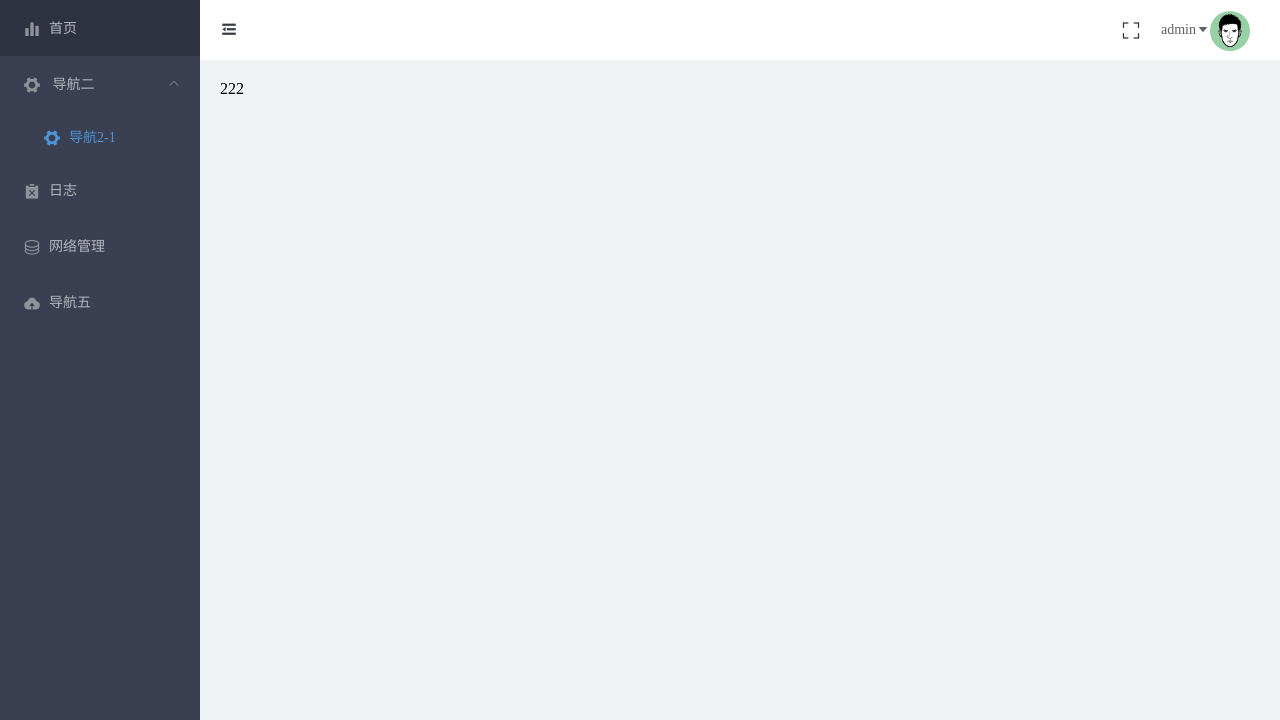
Repository: TomGodb/dazoo-admin
Page: /#/dashbord/aaa
An editor plug-in stored every save of this project. The page is shown before and after the next save, followed by the edit.
The browser window is 1280 px wide. The pictures show the whole page.
The project was rebuilt for these pictures with package versions that can differ from the ones it lists, and the page was loaded fresh each time. Also part of the build but not shown: vue.config.js, src/components/SlideVerify/index.vue, src/utils/request.js, src/views/login/http.js, src/views/login/index.vue.

Above is the page before, as saved 2021-01-23 10:29:16.

### public/index.html
<!DOCTYPE html>
<html lang="">
  <head>
    <meta charset="utf-8">
    <meta http-equiv="X-UA-Compatible" content="IE=edge">
    <meta name="viewport" content="width=device-width,initial-scale=1.0">
    <link rel="icon" href="<%= BASE_URL %>favicon.ico">
    <title>运维管理后台</title>
  </head>
  <body>
    <noscript>
      <strong>We're sorry but <%= htmlWebpackPlugin.options.title %> doesn't work properly without JavaScript enabled. Please enable it to continue.</strong>
    </noscript>
    <div id="app"></div>
    <!-- built files will be auto injected -->
  </body>
</html>

### src/main.js
import Vue from "vue";
import App from "./App.vue";
import router from "./router";
import store from "./store";
import ElementUI from 'element-ui';
import 'element-ui/lib/theme-chalk/index.css';
Vue.config.productionTip = false;
Vue.use(ElementUI);
new Vue({
  router,
  store,
  render: h => h(App)
}).$mount("#app");

### src/App.vue
<template>
  <div id="app">
    <!-- <div id="nav">
      <router-link to="/">Home</router-link> |
      <router-link to="/about">About</router-link>
    </div> -->
    <router-view />
  </div>
</template>

<style lang="less">
* {
  padding: 0;
  margin: 0;
}
body,
html {
  height: 100%;
}
#app {
  font-family: "\5FAE\8F6F\96C5\9ED1";
  height: 100%;
}

// #nav {
//   padding: 30px;
//   a {
//     font-weight: bold;
//     color: #2c3e50;
//     &.router-link-exact-active {
//       color: #42b983;
//     }
//   }
// }
</style>

### src/router/index.js
import Vue from "vue";
import VueRouter from "vue-router";

import login from "@v/login/index.vue";
import Home from "@/Home/index.vue";
Vue.use(VueRouter);
import module from './modole'

export const currencyRoutes = [{
    path: "/",
    name: "login",
    component: login,
  },
  {
    path: "/Home",
    name: "Home",
    component: Home,
    redirect: "/dashbord",
    children: module,

  },
];
const router = new VueRouter({
  mode: "hash",
  base: process.env.BASE_URL,
  routes: currencyRoutes
});

export default router;

### src/store/index.js
import Vue from "vue";
import Vuex from "vuex";
import getters from "./getters"

Vue.use(Vuex);
export default new Vuex.Store({
  state: {
    opened: false
  },
  mutations: {
    SET_OPENED(state) {
      state.opened = !state.opened;
    },
  },
  actions: {},
  modules: {},
  getters
});

### src/Home/index.vue
<template>
  <div class="home-container">
    <el-container>
      <el-aside :width="opened ? '64px' : '200px'">
        <el-menu
          :default-active="activeMenu"
          class="el-menu-vertical-demo"
          background-color="#3a3f51"
          text-color="#b5b6bd"
          active-text-color="rgb(79, 148, 212)"
          mode="vertical"
          :collapse-transition="false"
          router
          :collapse="opened"
        >
          <NavMenu :navMenus="menuData"></NavMenu>
        </el-menu>
      </el-aside>
      <el-container>
        <el-header>
          <m-header></m-header>
          <!-- <h1>{{ opened }}</h1> -->
        </el-header>
        <el-main>
          <transition name="fade-page" mode="out-in">
            <router-view></router-view>
          </transition>
        </el-main>
      </el-container>
    </el-container>
  </div>
</template>

<script>
import NavMenu from "./NavMenu";
import { mapGetters } from "vuex";
import MHeader from "./Header";
import { menuData } from "./NavMenu/meunDataRouter";
export default {
  components: {
    NavMenu,
    MHeader,
  },
  data() {
    return {
      menuData,
    };
  },
  computed: {
    activeMenu() {
      return this.$route.path;
    },
    ...mapGetters(["opened"]),
  },
};
</script>

<style lang="less" scoped>
.el-header,
.el-footer {
  // background-color: #b3c0d1;
  color: #333;
  // text-align: center;
  // line-height: 60px;
}
.home-container {
  height: 100%;
  .el-aside {
    transition: width 0.3s;
    overflow: hidden;
    background-color: rgb(58, 63, 81);
  }
  .el-menu {
    border-right: 0px !important;
  }
  .fade-page-enter-active,
  .fade-page-leave-active {
    transition: all 0.5s;
  }
  .fade-page-enter {
    opacity: 0;
    transform: translateX(-30px);
  }
  .fade-page-leave-to {
    opacity: 0;
    transform: translateX(-30px);
  }
}
.el-container {
  // height:calc(100% - 60px);
  height: 100%;
}
.el-main {
  background-color: #f0f3f4;
}
</style>

### src/router/modole/index.js
import aaa from './aaa'
let routesArray = []

let toArray = (pages) => {
  Object.keys(pages).forEach((key) => {
    let obj = pages[key]
    Object.keys(obj).forEach((key) => {
      routesArray.push(obj[key])
    })
  })
}
toArray([aaa])

export default routesArray

### src/store/getters.js

const getters ={
    opened(state){
        return state.opened
    }
}
export default getters;

### src/Home/NavMenu/index.vue
<template>
  <div class="navMenu">
    <!-- <div class="header_l" :style="{ width: opened ? '64px' : '200px' }">
      <img v-if="opened" src="@a/ImgSrc/Home-logo/dazoo-logo.png" alt="logo" />
      <img v-else src="@a/ImgSrc/Home-logo/logo.jpg" alt="logo" />
    </div> -->
    <template v-for="navMenu in navMenus">
      <!-- 最后一级菜单 -->
      <el-menu-item
        v-if="!navMenu.children && navMenu"
        :key="navMenu.id"
        :data="navMenu"
        :index="navMenu.path"
      >
        <i :class="navMenu.meta.icon"></i>
        <span slot="title">{{ navMenu.meta.title }}</span>
      </el-menu-item>
      <!-- 此菜单下还有子菜单 -->
      <el-submenu
        v-if="navMenu.children && navMenu"
        :key="navMenu.id"
        :data="navMenu"
        :index="navMenu.path"
      >
        <template slot="title">
          <i :class="navMenu.meta.icon"></i>
          <span> {{ navMenu.meta.title }}</span>
        </template>
        <!-- 递归 -->
        <NavMenu :navMenus="navMenu.children"></NavMenu>
      </el-submenu>
    </template>
  </div>
</template>

<script>
import { mapGetters } from "vuex";
export default {
  computed: {
    ...mapGetters(["opened"]),
  },
  name: "NavMenu",
  props: ["navMenus"],
  data() {
    return {};
  },
  methods: {},
};
</script>
<style lang="less" scoped>
.header_l {
  border-bottom: 1px solid #454b61;
  width: 200px;
  height: 60px;
  line-height: 60px;
  text-align: center;
  color: white;
  font-size: 15px;
  font-weight: 700;
  img {
    height: 28px;
    vertical-align: middle;
    // margin-right: 8px;
    position: relative;
    top: -3px;
  }
}
</style>

### src/Home/Header/index.vue
<template>
  <div class="sideCollapse">
    <div class="sideCollapse-left" id="domColapse">
      <i
        :class="{ 'el-icon-s-unfold': opened, 'el-icon-s-fold': !opened }"
        @click="toggleOpen()"
      ></i>
    </div>
    <div class="sideCollapse-right">
      <user-dropdown></user-dropdown>
    </div>
  </div>
</template>

<script>
import { mapGetters } from "vuex";
import UserDropdown from "./UserDropdown";
export default {
  components: {
    UserDropdown,
  },
  computed: {
    ...mapGetters(["opened"]),
    // toggleClass() {
    //   return {
    //     'el-icon-s-unfold': this.opened === 'true',
    //     'el-icon-s-fold': this.opened !== 'true'
    //   }
    // }
  },
  methods: {
    toggleOpen() {
      this.$store.commit("SET_OPENED");
    },
  },
};
</script>
<style lang="less" scoped>
.sideCollapse-left {
  float: left;

  font-size: 18px;
  color: #363f44;
  cursor: pointer;
}
.sideCollapse {
  background-color: white;
  line-height: 60px;
  height: 100%;
}
.sideCollapse-right {
  float: right;
}
</style>

### src/Home/NavMenu/meunDataRouter.js
const menuData = [{
        id: 1,
        meta: {
            title: "首页",
            icon: "el-icon-s-data"
        },
        path: "/dashbord",
    },
    {
        id: 2,
        meta: {
            title: "导航二",
            icon: "el-icon-s-tools"
        },
        path: "/dashbord/aaa",

        children: [{

            path: "/dashbord/aaa",
            meta: {
                title: "导航2-1",
                icon: "el-icon-s-tools"
            },
        }]
    },
    {
        id: 3,
        meta: {
            title: "日志",
            icon: "el-icon-s-release"
        },
        path: "/",
    },
    {
        id: 4,
        meta: {
            title: "网络管理",
            icon: "el-icon-coin"
        },
        path: "/",
    },
    {
        id: 5,
        meta: {
            title: "导航五",
            icon: "el-icon-upload"
        },
        path: "/",
    },
]

export {
    menuData
}

### src/router/modole/aaa.js
export default [{
        path: "/dashbord",
        name: "Dashbord",
        component: () => import("@v/dashbord"),
        meta: {
            title: "首页",
            icon: "el-icon-s-data"
        }
    },
    {
        path: "/dashbord/aaa",
        name: "aaa",
        component: () => import("@v/aaa"),
        meta: {
            title: "aaa",
            icon: "el-icon-s-data"
        }
    },
]

### src/Home/Header/UserDropdown.vue
<template>
  <div>
    <div class="hoverBag" @click="toggleFull">
      <i class="el-icon-full-screen iconFont"></i>
    </div>
    <el-dropdown class="userDd hoverBag" @command="handleCommand">
      <div class="userDrop">
        <span class="userDrop_text">
          admin<i class="el-icon-caret-bottom"></i
        ></span>
        <img src="@a/ImgSrc/header_images/user01.jpg" alt="user" />
      </div>
      <el-dropdown-menu solt="dropdown">
        <el-dropdown-item
          v-for="(item, index) in dropdownList"
          :key="index"
          :command="index"
        >
          <i :class="item.icon"></i>{{ item.title }}
        </el-dropdown-item>
        <!-- <el-dropdown-item>
          <i class=""></i>
        </el-dropdown-item>
        <el-dropdown-item divided>
          <i class=""></i>
        </el-dropdown-item> -->
      </el-dropdown-menu>
    </el-dropdown>
  </div>
</template>
<script>
import screenfull from "screenfull";
export default {
  data() {
    return {
      dropdownList: [
        {
          icon: "el-icon-s-home",
          title: "首页",
          path: "/Home",
        },
        {
          icon: "el-icon-s-custom",
          title: "个人信息",
          path: "/dashbord/aaa",
        },
        {
          icon: "el-icon-switch-button",
          title: "登出",
          path: "/",
        },
      ],
    };
  },
  methods: {
    handleCommand(index) {
      this.$router.push(this.dropdownList[index].path);
    },
    toggleFull() {
      screenfull.toggle();
    },
  },
};
</script>
<style lang="less" scoped>
.iconFont {
  font-size: 20px;
  vertical-align: middle;
}
.userDrop img {
  vertical-align: middle;
  display: inline-block;
  width: 40px;
  height: 40px;
  border-radius: 50%;
  vertical-align: middle;
}

.hoverBag {
  cursor: pointer;
  height: 100%;
  padding: 0px 10px;
  float: left;
}
.hoverBag:hover {
  background: #f0f3f4;
}
</style>

### src/views/aaa/index.vue
<template>
<div>
    222
</div>
</template>
<script>
export default {
    data(){
        return {

        }
    }
}
</script>
<style lang="less" scoped>

</style>

After the next save:
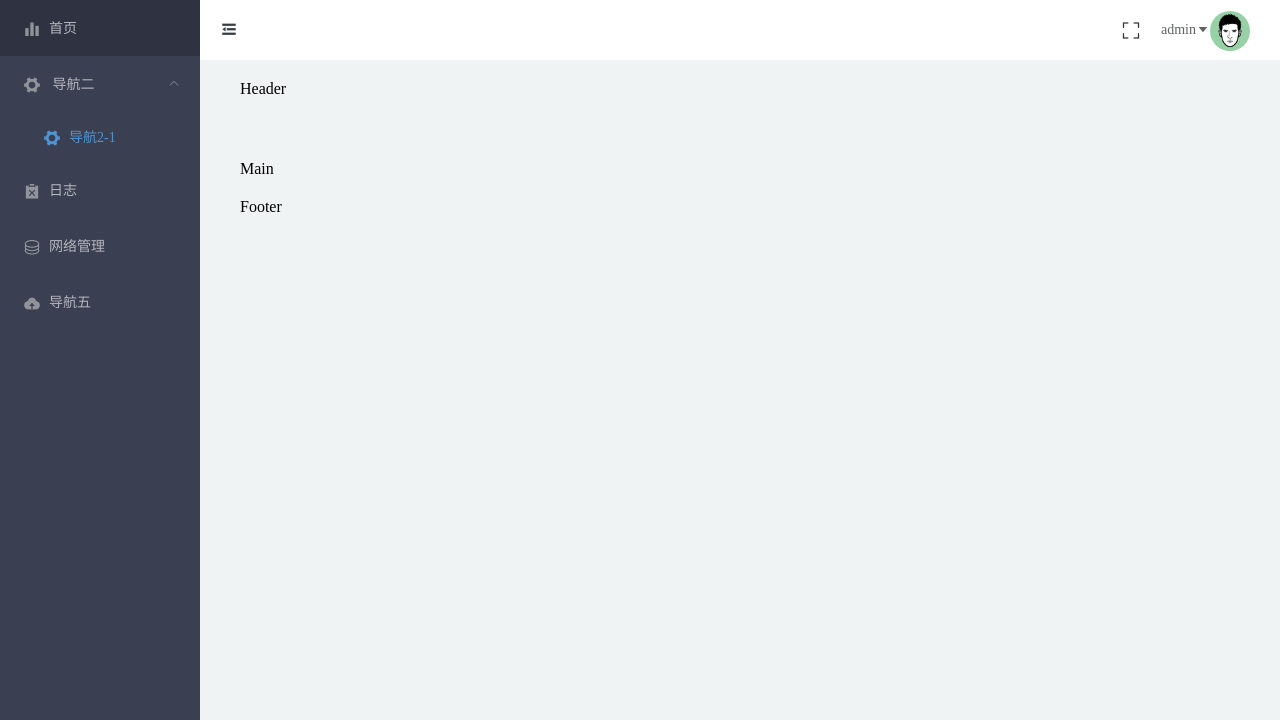
Saved 2 min 41 s later.
--- a/src/views/aaa/index.vue
+++ b/src/views/aaa/index.vue
@@ -1,6 +1,10 @@
 <template>
 <div>
-    222
+    <el-container>
+  <el-header>Header</el-header>
+  <el-main>Main</el-main>
+  <el-footer>Footer</el-footer>
+</el-container>
 </div>
 </template>
 <script>
